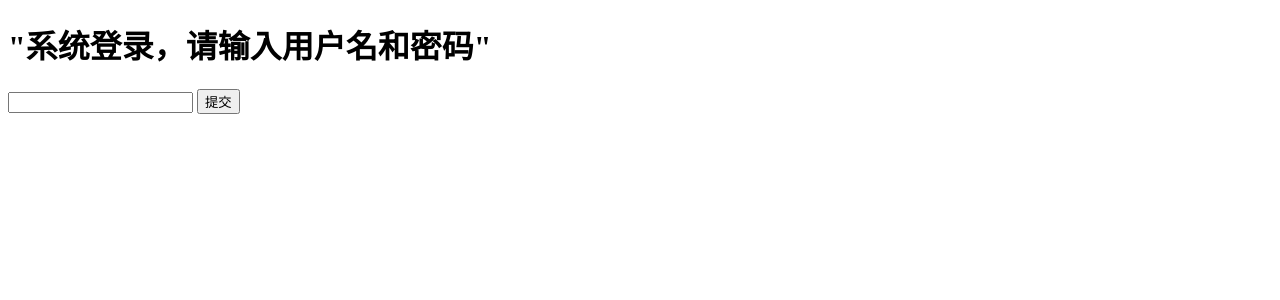
Repository: ntuhubin/NIITDemo
Page: http://localhost/Demo03/
The author's editor kept a copy of each file at every save. The page is drawn from the files as they stood at one save, then again after the next save.
The browser window is 1280 px wide. The pictures show the whole page.
The page is served by Tomcat 9. Other server files are loaded and not shown.

Above is the page before, as saved 2017-08-08 03:08:01.

### Demo03/src/main/webapp/index.jsp
<%@ page language="java" contentType="text/html; charset=UTF-8"
    pageEncoding="UTF-8"%>
<!DOCTYPE html PUBLIC "-//W3C//DTD HTML 4.01 Transitional//EN" "http://www.w3.org/TR/html4/loose.dtd">
<html>
<head>
<meta http-equiv="Content-Type" content="text/html; charset=UTF-8">
<title>"系统登录"</title>
</head>
<body>
	<h1>"系统登录，请输入用户名和密码"</h1>
	<input type="text" name="myage" />
    <input type="submit" value="提交" />
</body>
</html>

After the next save:
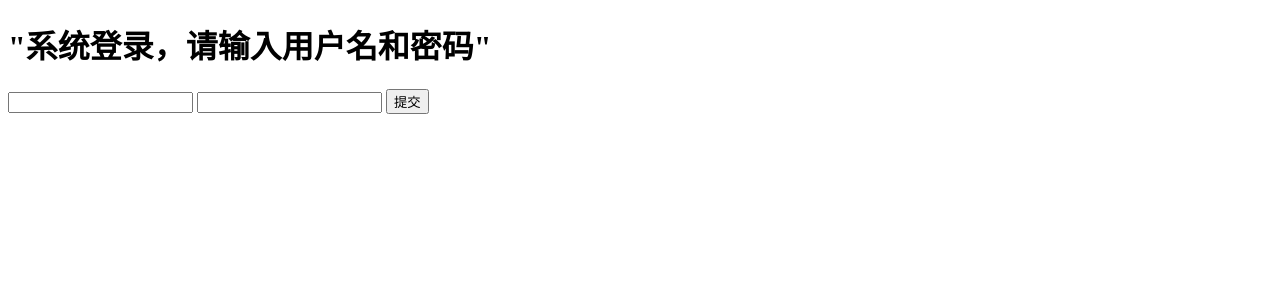
Saved 30 s later.
--- a/Demo03/src/main/webapp/index.jsp
+++ b/Demo03/src/main/webapp/index.jsp
@@ -8,7 +8,8 @@
 </head>
 <body>
 	<h1>"系统登录，请输入用户名和密码"</h1>
-	<input type="text" name="myage" />
+	<input type="text" name="name" />
+	<input type="text" name="pwd" />
     <input type="submit" value="提交" />
 </body>
 </html>
